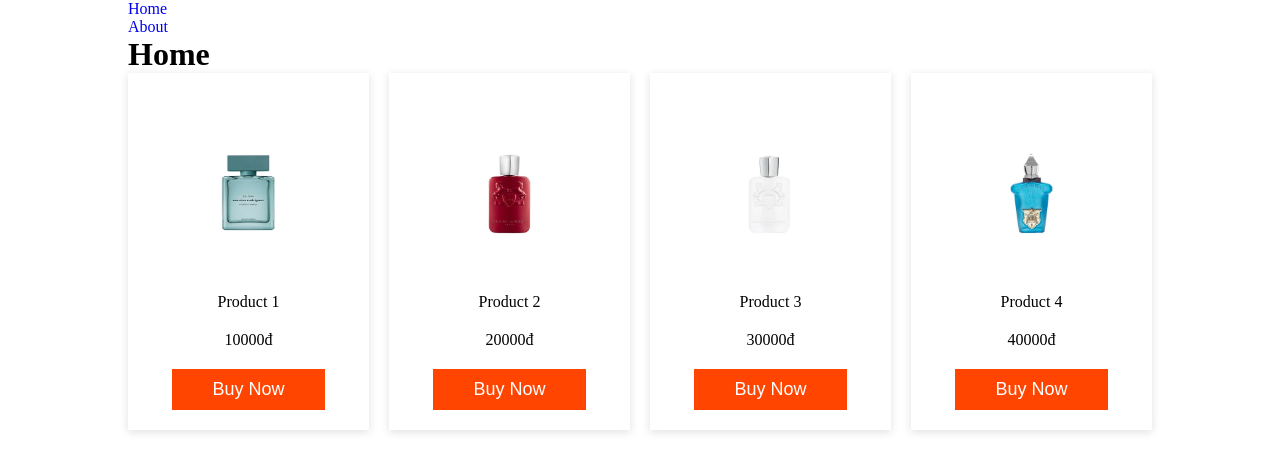
Repository: tuankiet10920/vuejs
Page: /
An editor plug-in stored every save of this project. The page is shown before and after the next save, followed by the edit.
The browser window is 1280 px wide. The pictures show the whole page.
The project was rebuilt for these pictures with package versions that can differ from the ones it lists, and the page was loaded fresh each time. Also part of the build but not shown: vite.config.js.

Above is the page before, as saved 2024-08-23 11:50:41.

### index.html
<!DOCTYPE html>
<html lang="en">
  <head>
    <meta charset="UTF-8">
    <link rel="icon" href="/favicon.ico">
    <meta name="viewport" content="width=device-width, initial-scale=1.0">
    <title>Vite App</title>
    <style>
      *{
        margin: 0;
        padding: 0;
        box-sizing: border-box;
        list-style: none;
        text-decoration: none;
      }
      body{
        width: 100%;
        display: flex;
        justify-content: center;
      }
      #app{
        width: 80%;
      }
    </style>
  </head>
  <body>
    <div id="app"></div>
    <script type="module" src="/src/main.js"></script>
  </body>
</html>

### src/App.vue
<script setup>
import { RouterLink, RouterView } from 'vue-router'


</script>

<template>
<!-- <RouterLink to="/">Home</RouterLink> -->
  <header>
    <ul>
      <li>
        <RouterLink to="/">Home</RouterLink>
      </li>
      <li>
        <RouterLink to="/about">About</RouterLink>
      </li>
    </ul>
  </header>
  <RouterView/>
</template>

### src/router/index.js
import { createRouter, createWebHistory } from 'vue-router'

const router = createRouter({
  history: createWebHistory(import.meta.env.BASE_URL),
  routes: [
    {
      path: '/',
      name: 'home',
      component: () => import('../views/HomeView.vue')
    },
    {
      path: '/about',
      name: 'about',
      component: () => import('../views/AboutView.vue')
    }
  ]
})

export default router

### src/views/HomeView.vue
<script setup>
    import Products from "../components/products.vue";


</script>

<template>
  <h1>Home</h1>
  <!-- products -->
  <Products/>


</template>

### src/components/products.vue
<script setup>
    import ProductComponent from './product.vue';
    import lsProduct from '../../public/data/lsProduct.json';


    let string = 'Hello World!';
    let data = lsProduct;
    console.log(data);


</script>

<template>

    <div class="products">
        <ProductComponent v-for="el in data" :key="el.id" :id="el.id" :name="el.name" :image="el.image" :price="el.price"/>
        <!-- <ProductComponent/>
        <ProductComponent/>
        <ProductComponent/>
        <ProductComponent/> -->
    </div>
</template>

<style scoped>
    .products{
        width: 100%;
        display: grid;
        grid-template-columns: repeat(auto-fit, minmax(calc(100% / 5), 1fr));
        gap: 20px;
    }
</style>

### src/components/product.vue
<script setup>
    import buttonComponent from './button.vue';

    const props = defineProps({
        key : Number,
        name : String,
        price : Number,
        image : String
    });

    const srcImage ="../../public/img/" + props.image;


</script>

<template>
    <div class="box">
        <div class="image">
            <img :src="srcImage" alt="">
        </div>
        <div class="content">
            <div class="name">
                <p>{{ name }}</p>
            </div>
            <div class="price">
                <p>{{ price }}đ</p>
            </div>
            <buttonComponent/>
        </div>
    </div>
</template>

<style scoped>
    .box{
        width: 100%;
        box-shadow: rgba(99, 99, 99, 0.2) 0px 2px 8px 0px;
        padding: 20px 0px;
        transition: all .3s ease-in-out;
    }
    .box:hover img{
        transform: scale(1.2);
    }
    .box:hover{
        box-shadow: rgba(0, 0, 0, 0.25) 0px 54px 55px, rgba(0, 0, 0, 0.12) 0px -12px 30px, rgba(0, 0, 0, 0.12) 0px 4px 6px, rgba(0, 0, 0, 0.17) 0px 12px 13px, rgba(0, 0, 0, 0.09) 0px -3px 5px;
    }
    .image{
        width: 100%;
        height: 200px;
        display: flex;
        justify-content: center;
        align-items: center;
    }
    .image img{
        width: 70%;
        height: 80%;
        transition: all .3s ease-in-out;
    }
    .content{
        text-align: center;
    }
    .price{
        margin: 20px 0px;
    }
</style>

### public/data/lsProduct.json
[
    {
        "id" : 1,
        "name" : "Product 1",
        "price" : 10000,
        "image" : "product-1.webp"
    },
    {
        "id" : 2,
        "name" : "Product 2",
        "price" : 20000,
        "image" : "product-2.webp"
    },
    {
        "id" : 3,
        "name" : "Product 3",
        "price" : 30000,
        "image" : "product-3.webp"
    },
    {
        "id" : 4,
        "name" : "Product 4",
        "price" : 40000,
        "image" : "product-4.webp"
    }
]

### src/components/button.vue


<template>
    <button type="button" class="button-component">
        Buy Now
    </button>
</template>

<style scoped>
    .button-component{
        border: none;
        background: orangered;
        color: #fff;
        font-size: 18px;
        padding: 10px 40px;
        transition: all .3s ease-in-out;
        width: fit-content;
    }
    .button-component:hover{
        background: brown;
        border-radius: 20px;
    }
</style>

Loaded but not shown: src/main.js (common file)

After the next save:
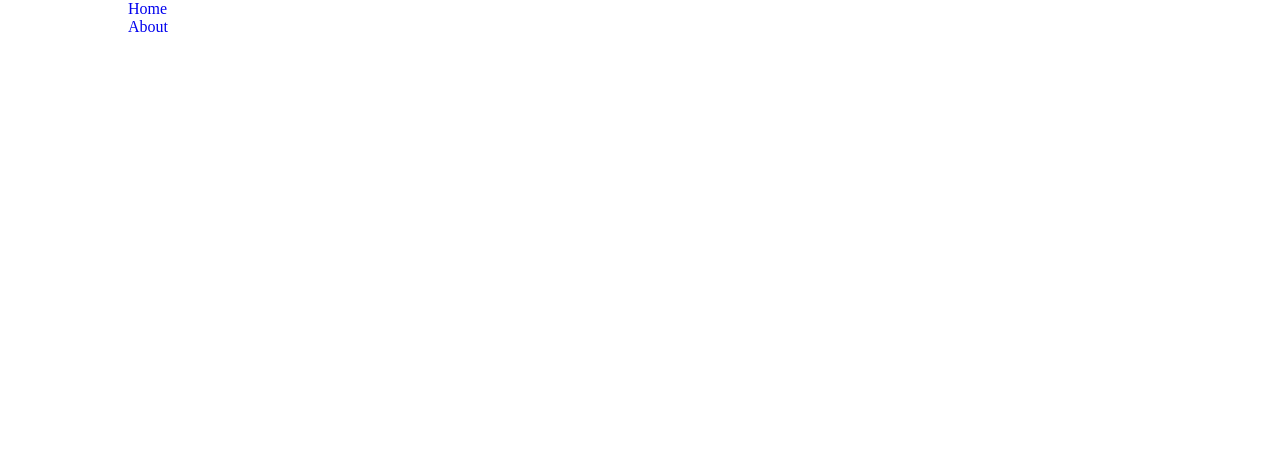
Saved 23 s later.
--- a/src/components/product.vue
+++ b/src/components/product.vue
@@ -5,8 +5,10 @@
         key : Number,
         name : String,
         price : Number,
-        image : String
+        image : String,
+        key
     });
+    console.log(props.key);
 
     const srcImage ="../../public/img/" + props.image;
 

After the 3 saves that followed:
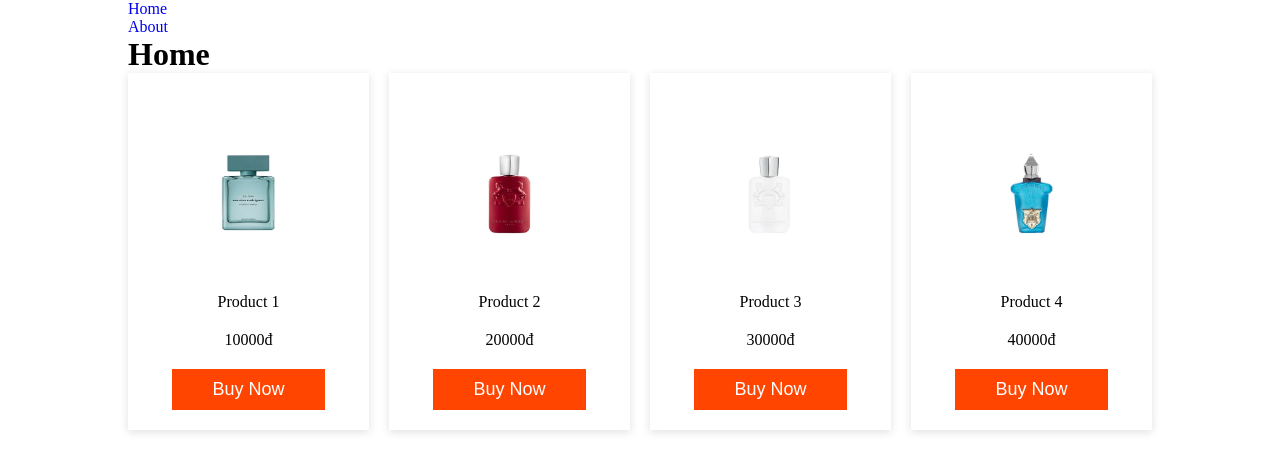
The 3 saves are shown as one change because 2 left the picture as it was.
The last was saved 47 s later.
--- a/src/components/product.vue
+++ b/src/components/product.vue
@@ -2,13 +2,13 @@
     import buttonComponent from './button.vue';
 
     const props = defineProps({
-        key : Number,
+        id : Number,
         name : String,
         price : Number,
         image : String,
-        key
+        // key
     });
-    console.log(props.key);
+    // console.log(props.key);
 
     const srcImage ="../../public/img/" + props.image;
 
